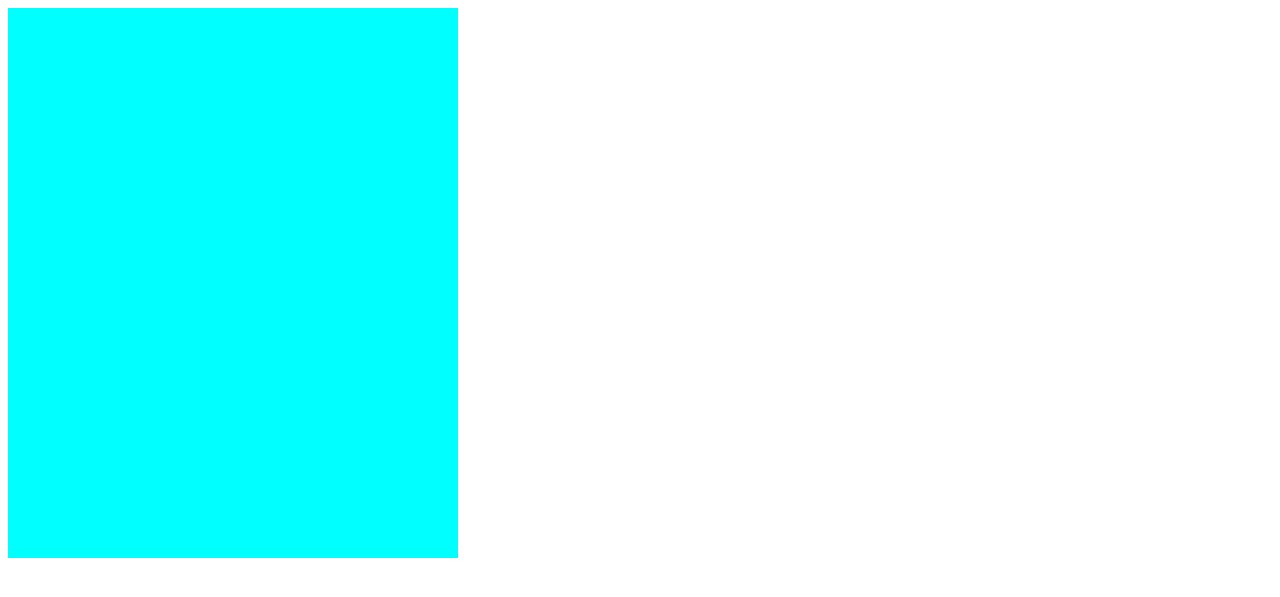
Repository: sara55m/Counter_App
Page: index.html
An editor plug-in stored every save of this project. The page is shown before and after the next save, followed by the edit.
The browser window is 1280 px wide. The pictures show the whole page.

Above is the page before, as saved 2024-07-30 01:33:38.

After the next save:
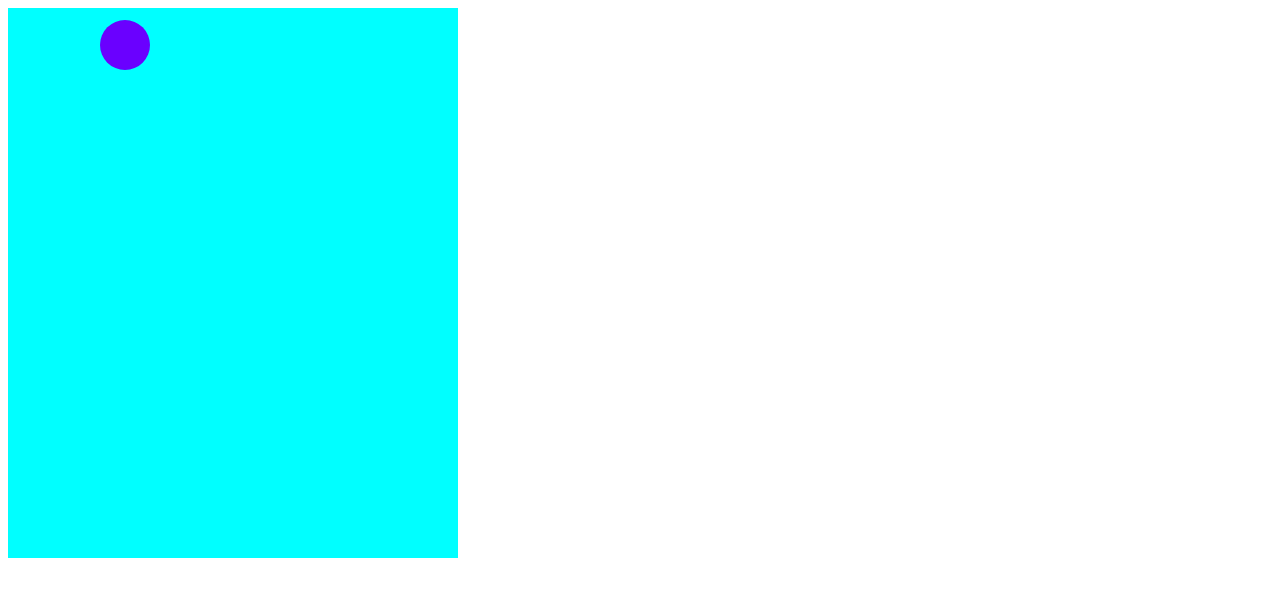
Saved 7 s later.
--- a/css/style.css
+++ b/css/style.css
@@ -11,5 +11,5 @@
     height:50px;
     width:50px;
     border-radius: 50%;
-    background-color: aqua;
+    background-color: rgb(106, 0, 255);
 }
